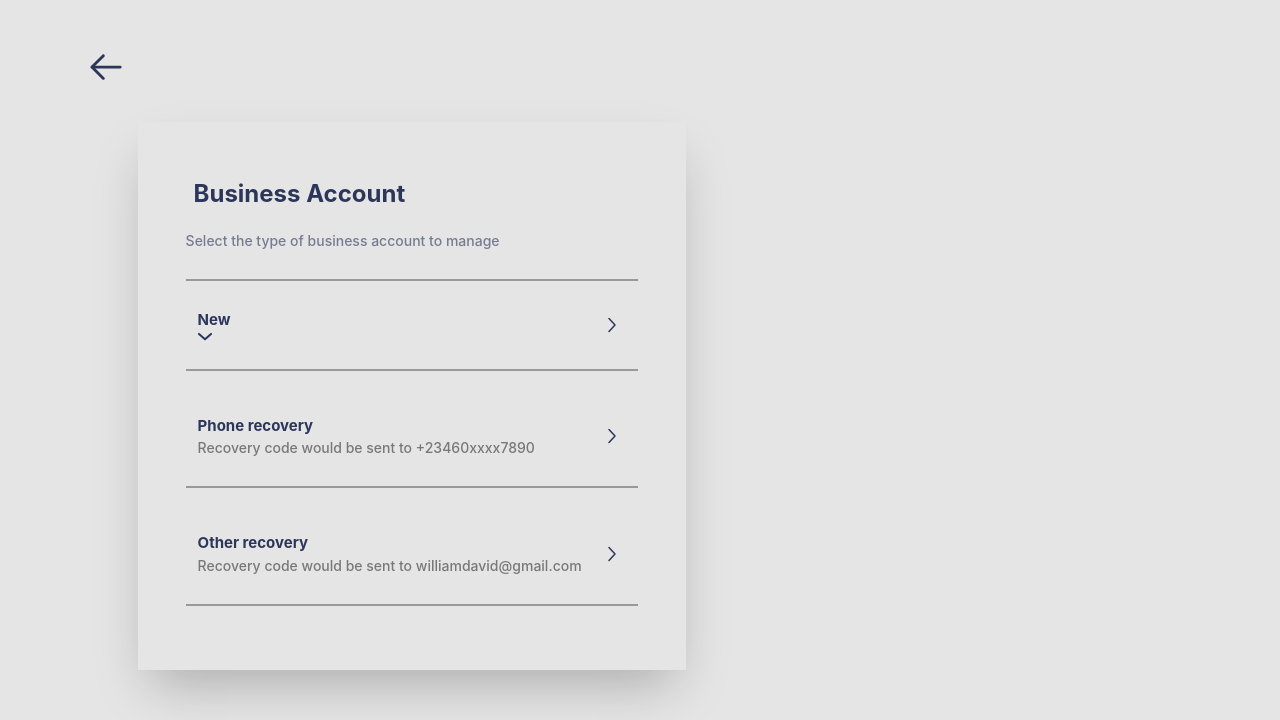
Repository: Osomhe1/findme_task
Page: /account
An editor plug-in stored every save of this project. The page is shown before and after the next save, followed by the edit.
The browser window is 1280 px wide. The pictures show the whole page.
The project was rebuilt for these pictures with package versions that can differ from the ones it lists, and the page was loaded fresh each time. Also part of the build but not shown: src/component/Clip.css, src/component/Logo.js, src/component/Drag.js, src/component/Memories.js, src/component/Publish.js, src/component/Insight.js, src/component/User.js, src/component/Clip.js and 20 more.

Above is the page before, as saved 2023-04-10 09:21:54.

After the next save:
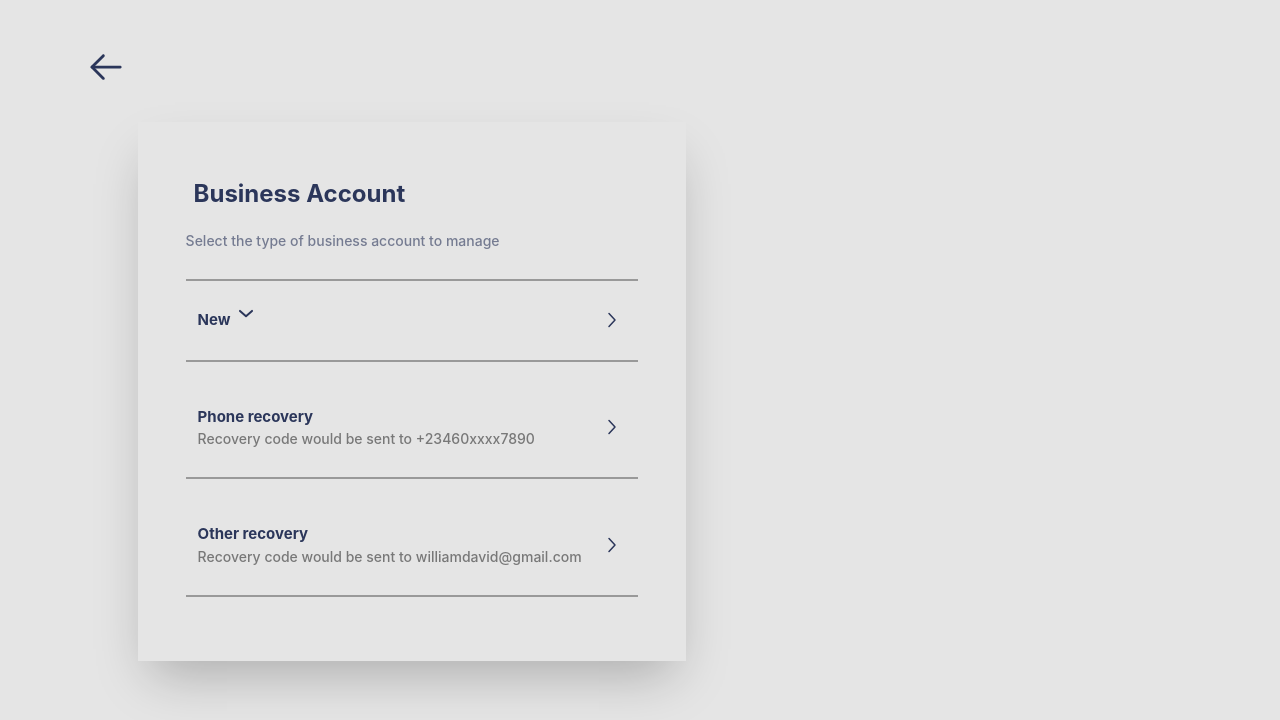
Saved 8 s later.
--- a/src/component/pages/Account.js
+++ b/src/component/pages/Account.js
@@ -38,7 +38,7 @@ export default function Account() {
             <div className="">
               <div className="flex gap-4 items-center justify-between w-full border-[#999999] p-3 my-4 border-b-2 border-t-2 ">
                 <Link to="/email-recovery">
-                  <div className="py-4">
+                  <div className="py-4 flex gap-2">
                     <h1 className="text-[#2B365A] font-bold text-[15px] ">
                       New
                     </h1>
